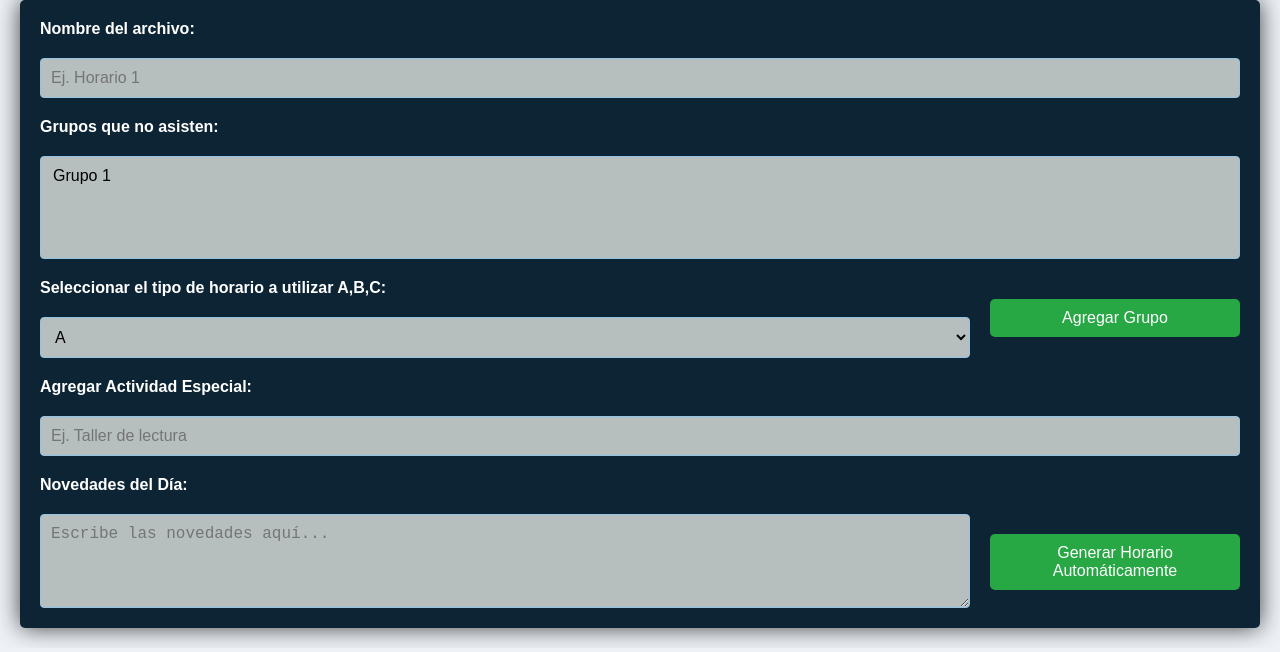
Repository: Shyk0/Zeitplan
Page: FormularioMaterias_page.html
An editor plug-in stored every save of this project. The page is shown before and after the next save, followed by the edit.
The browser window is 1280 px wide. The pictures show the part of the page from y = 416 to 1068 px (the page is 1068 px tall).

Above is the page before, as saved 2024-11-07 13:38:29.

### FormularioMaterias_page.html
<!DOCTYPE html>
<html lang="es">
<head>
    <meta charset="UTF-8">
    <meta name="viewport" content="width=device-width, initial-scale=1.0">
    <title>Formulario de Creación de Horarios</title>

    <link rel="stylesheet" href="styles/styles_formulario_page.css">
</head>
<body>

    <div class="dropdown">
        <button class="dropdown-button">Menú Desplegable</button>
        <div class="dropdown-content">
            <button><a href="Home_page.html">Ir a la sección en Página 2</a></button>
            <button>Opción 2</button>
            <button>Opción 3</button>
        </div>
    </div>

    <div class ="form-container-arriba"></div>

    <div class="form-container">
        <label for="nomArchivo">Nombre del archivo:</label>
        <input type="text" id="nomArchivo" placeholder="Ej. Horario 1">

        <label for="no-asisten">Grupos que no asisten:</label>
        <select id="no-asisten" multiple>
          <option value="grupo1">Grupo 1</option>
        </select>
        <div id="grupos-container">
            <!-- Contenedor donde se añadirán los nuevos grupos -->
            <label for="horario-ABC">Seleccionar el tipo de horario a utilizar A,B,C:</label>
            <select id="horario-ABC">
              <option value="A">A</option>
              <option value="B">B</option>
            </select>
        </div>

        <button id="agregar-grupo">Agregar Grupo</button>

        <label for="actividad-especial">Agregar Actividad Especial:</label>
        <input type="text" id="actividad-especial" placeholder="Ej. Taller de lectura">

        <label for="novedades">Novedades del Día:</label>
        <textarea id="novedades" rows="4" placeholder="Escribe las novedades aquí..."></textarea>

        <button id="generar-horario">Generar Horario Automáticamente</button>
    </div>

    <!-- Vista Previa -->
    <div class="preview-container" id="preview-container" style="display:none;">
        <h2>Vista Previa del Horario</h2>
        <div id="preview-content">
            <!-- Aquí se llenarán los datos del formulario para vista previa -->
        </div>
    </div>
    <!-- Scripts -->
    <script src="scripts/script_formulario_page.js"></script>
</body>
</html>

### styles/styles_formulario_page.css
:root{
    --color-backgroundForm: #0c2434;
    --color-input: #93c4e6;
    --color-background: #b6bebe;
}

/*Configuracion de letra*/
body {
    font-family: Arial, sans-serif;
    background-position: center;
    margin: 0, auto;
    padding: 0;
    color: #ffff;
    background-color: var(--color-background);
}

/* Contenedor superior */
.form-container-arriba {
    background-image: url('../assets/Logo_app.svg'); /* direccion de imagen*/
    background-repeat: no-repeat; /*Para que no aparesca duplicada*/
    background-position: center;
    background-size: contain; /* para que solo sea del tamano del contenedor*/
    display: flex;
    flex-wrap: wrap;
    gap: 50px;
    justify-content: space-between;
    padding: 20px;
    max-width: 100%;
    min-height: 200px;
    margin: 0 auto;
    text-align: center;
}

.form-container-arriba a {
    display: inline-block;
    background-color: #007BFF;
    color: white;
    padding: 10px 20px;
    border-radius: 5px;
    text-decoration: none;
    transition: background-color 0.3s;
}

.form-container-arriba a:hover {
    background-color: #0056b3;
}
.form-container button {
    background-color: #28a745;
    color: white;
    border: none;
    padding: 10px 20px;
    margin-top: 20px;
    cursor: pointer;
    border-radius: 5px;
    transition: background-color 0.3s;
}

.form-container button:hover {
    background-color: #218838;
}

/* Vista previa */
.preview-container {
    background-color: #f1f1f1;
    border-radius: 10px;
    margin: 30px auto;
    padding: 20px;
    max-width: 600px;
    box-shadow: 0 5px 15px rgba(0, 0, 0, 0.1);
}

.preview-container h2 {
    text-align: center;
    margin-bottom: 20px;
}

/* Ajustes generales */
body {
    font-family: Arial, sans-serif;
    background-color: #eef2f7;
    margin: 0;
    padding: 20px;
}


.form-container {
    /*Ajustes para que el contenedor ocupe el espacio necesario*/
    display: flex;
    flex-wrap: wrap;
    gap: 20px;
    justify-content: space-between;
    padding: 20px;
    max-width: 97%;
    margin: 0 auto;
    border-radius: 5px;
    box-shadow: 0 6px 15px rgba(255, 255, 255, 0.1);
    background-color: var(--color-backgroundForm);
    /* Sombra para navegadores con prefijo -webkit- (Chrome, Safari, Opera, versiones antiguas) */
    -webkit-box-shadow: 0px 0px 23px 0px rgba(0,0,0,0.75);

    /* Sombra para navegadores con prefijo -moz- (Firefox, versiones antiguas) */
    -moz-box-shadow: 0px 0px 23px 0px rgba(0,0,0,0.75);

    /* Sombra para navegadores modernos, sin prefijos */
box-shadow: 0px 0px 23px 0px rgba(0,0,0,0.75);

}


.form-container label, .form-container select, .form-container input, .form-container textarea, .form-container button {
    flex: 75%;
    min-width: 200px;
    font-size: 16px;
}


label {
    font-weight: bold;
}

select, input, textarea {
    padding: 10px;
    border: 1px solid #93c4e6;
    border-radius: 4px;
    width: 100%;
    background: var(--color-background);
}

textarea {
    resize: vertical;
}

button {
    padding: 30px;
    background-color: white;
    border: none;
    border-radius: 4px;
    cursor: pointer;
    font-size: 16px;
    width: auto; /* Cambiado de 100% a auto para que no crezca demasiado */
    min-width: 200px;
    max-width: 250px;
    box-sizing: border-box;
    align-self: flex-start;
}

button:hover {
    background-color: #3498db;
}

/* Estilos para la vista previa */
.preview-container {
    margin: 20px auto;
    padding: 20px;
    max-width: 800px;
    background-color: #3498db;
    border-radius: 8px;
    box-shadow: 0 4px 10px rgba(0, 0, 0, 0.1);
}

.preview-container h2 {
    text-align: center;
    font-size: 22px;
    color: #3498db;
}

.preview-item {
    margin-bottom: 10px;
}

#grupos-container{
    display: flex;
    flex-wrap: wrap; /* Asegura que cada grupo esté en una nueva línea */
    gap: 20px; /* Espacio entre grupos */
    flex-grow: 1; /* Permite que el contenedor crezca, pero no el botón */
}

.boton-agregar {
    flex: 1 1 100%; /* Hace que el botón ocupe todo el ancho */
    display: flex; /* Permite alinear el botón en el centro */
    justify-content: center; /* Centra el botón */
}
.boton-dos {
    flex: 1 1 100%; /* Hace que el botón ocupe todo el ancho */
    display: flex; /* Permite alinear el botón en el centro */
    justify-content: center; /* Centra el botón */
}


@media (max-width: 600px) {
    /*Es para que se pueda visualizar en cualquier ancho de pantalla */
    .form-container {
        flex-direction: column;
    }
}

### scripts/script_formulario_page.js
document.addEventListener('DOMContentLoaded', function() {
    let grupoCounter = 1;

        function agregarGrupo() {
            grupoCounter++;
            const nuevoGrupoId = 'grupo' + grupoCounter;

            // Agrega un nuevo grupo al select 'no-asisten'
            const selectNoAsisten = document.getElementById('no-asisten');
            const newOption = document.createElement('option');
            newOption.value = nuevoGrupoId;
            newOption.text = 'Grupo ' + grupoCounter;
            selectNoAsisten.appendChild(newOption);

            // Crea un nuevo div con select de materias para el nuevo grupo
            const nuevoGrupoDiv = document.createElement('div');
            nuevoGrupoDiv.innerHTML = `
                <label for="materias-${nuevoGrupoId}">Materias para Grupo ${grupoCounter}:</label>
                <select id="materias-${nuevoGrupoId}">
                  <option value="matematicas">Matemáticas</option>
                  <option value="ciencias">Ciencias</option>
                </select>
            `;
            document.getElementById('grupos-container').appendChild(nuevoGrupoDiv);
            console.log("FUNCIONA SI FUNCIONA");
    }

        //Llamamos al evento desde aqui sin tener un "onClick" desde el HTML
        document.getElementById('agregar-grupo').addEventListener('click', agregarGrupo);
    // Función para actualizar la vista previa
    function actualizarVistaPrevia() {



        const actividadEspecial = document.getElementById('actividad-especial').value;
        const novedades = document.getElementById('novedades').value;

        const previewContent = document.getElementById('preview-content');
        previewContent.innerHTML = '';

        if (noAsisten.length > 0) {
            const noAsistenDiv = document.createElement('div');
            noAsistenDiv.classList.add('preview-item');
            noAsistenDiv.innerHTML = `<strong>Grupos que no asisten:</strong> ${noAsisten.join(', ')}`;
            previewContent.appendChild(noAsistenDiv);
        }

        for (let i = 1; i <= grupoCounter; i++) {
            const grupoId = 'grupo' + i;
            if (!noAsisten.includes(`Grupo ${i}`)) {
                const materiaGrupo = document.getElementById(`materias-${grupoId}`).value;
                const materiaDiv = document.createElement('div');
                materiaDiv.classList.add('preview-item');
                materiaDiv.innerHTML = `<strong>Materias para Grupo ${i}:</strong> ${materiaGrupo}`;
                previewContent.appendChild(materiaDiv);
            }
        }

        if (actividadEspecial) {
            const actividadDiv = document.createElement('div');
            actividadDiv.classList.add('preview-item');
            actividadDiv.innerHTML = `<strong>Actividad Especial:</strong> ${actividadEspecial}`;
            previewContent.appendChild(actividadDiv);
        }

        if (novedades) {
            const novedadesDiv = document.createElement('div');
            novedadesDiv.classList.add('preview-item');
            novedadesDiv.innerHTML = `<strong>Novedades del Día:</strong> ${novedades}`;
            previewContent.appendChild(novedadesDiv);
        }

        document.getElementById('preview-container').style.display = 'block';
    }

    // Función para deshabilitar materias si el grupo no asiste
    function actualizarMaterias() {
        const noAsisten = Array.from(document.getElementById('no-asisten').selectedOptions).map(option => option.value);

        for (let i = 1; i <= grupoCounter; i++) {
            const grupoId = 'materias-grupo' + i;
            const grupoMaterias = document.getElementById(grupoId);

            if (grupoMaterias) {
                if (noAsisten.includes('grupo' + i)) {
                    grupoMaterias.disabled = true;
                } else {
                    grupoMaterias.disabled = false;
                }
            }
        }
    }

    // Inicializar Select2 para el campo de selección múltiple

    });

After the next save:
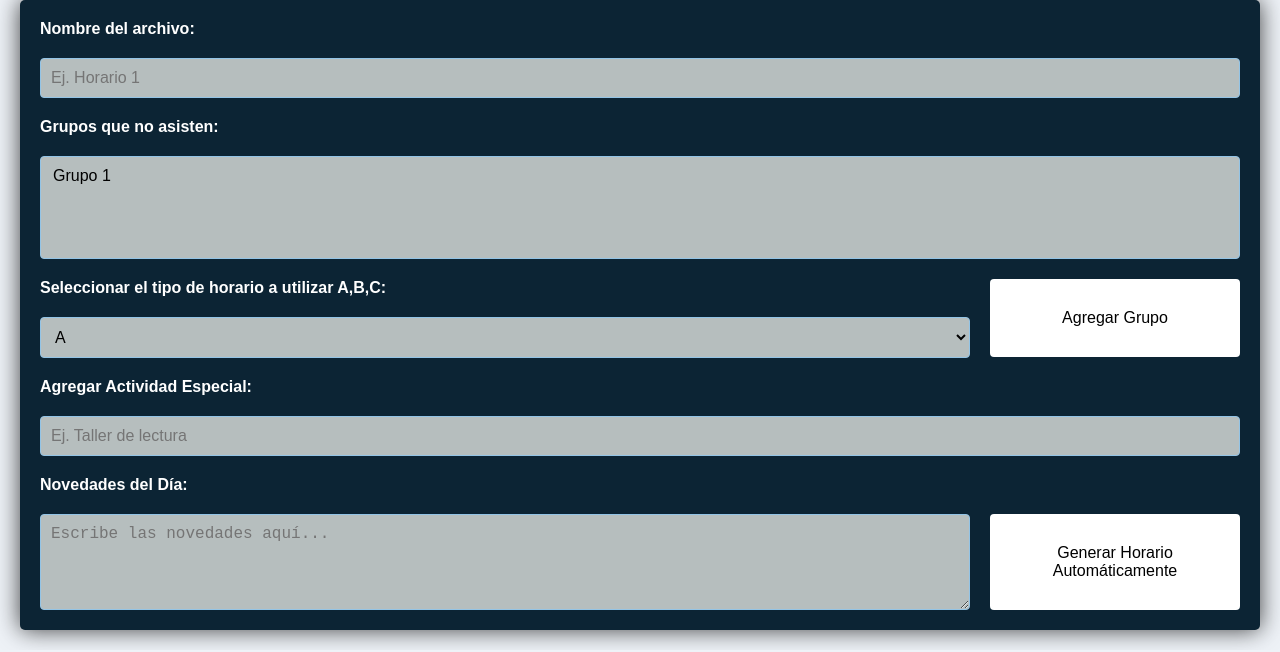
Saved 85 s later.
--- a/styles/styles_formulario_page.css
+++ b/styles/styles_formulario_page.css
@@ -44,20 +44,7 @@ body {
 .form-container-arriba a:hover {
     background-color: #0056b3;
 }
-.form-container button {
-    background-color: #28a745;
-    color: white;
-    border: none;
-    padding: 10px 20px;
-    margin-top: 20px;
-    cursor: pointer;
-    border-radius: 5px;
-    transition: background-color 0.3s;
-}
 
-.form-container button:hover {
-    background-color: #218838;
-}
 
 /* Vista previa */
 .preview-container {
